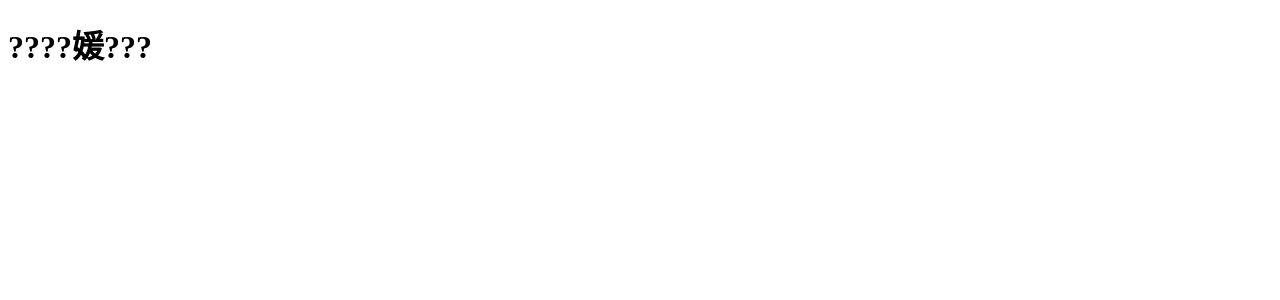
Repository: whdghks9241/Servlet-JSP-Workspace
Page: http://localhost/join/register.jsp
An editor plug-in stored every save of this project. The page is shown before and after the next save, followed by the edit.
The browser window is 1280 px wide. The pictures show the whole page.
The page is served by Tomcat 9. Other server files are loaded and not shown.

Above is the page before, as saved 2023-11-07 00:56:31.

### join/src/main/webapp/register.jsp
<%@ page language="java" contentType="text/html; charset=EUC-KR"
    pageEncoding="EUC-KR"%>
<!DOCTYPE html>
<html>
<head>

<meta charset="EUC-KR">
<title>Insert title here</title>

 <link rel="stylesheet" type = "text/css" href="styles.css">
</head>
<body>
<h1>회원가입</h1>

</body>
</html>

### join/src/main/webapp/styles.css
styles.css
h1 {
	background-color:#333;
	color:#fff;
	padding :10px;
	text-align : center;
}

After the next save:
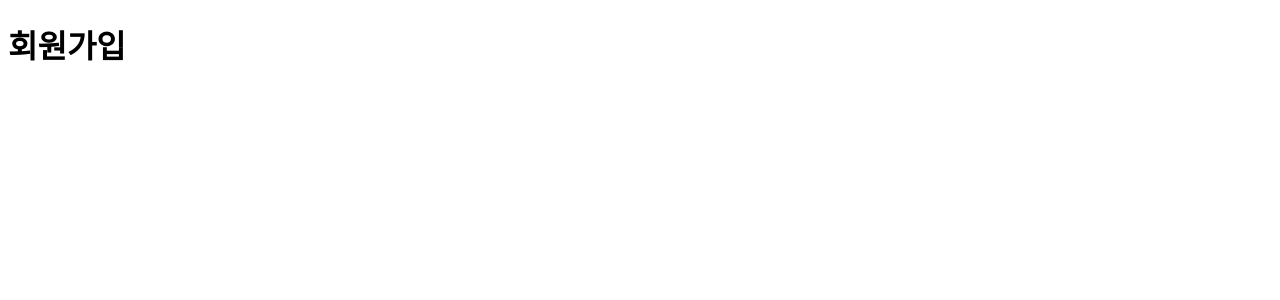
Saved 62 s later.
--- a/join/src/main/webapp/register.jsp
+++ b/join/src/main/webapp/register.jsp
@@ -1,5 +1,5 @@
-<%@ page language="java" contentType="text/html; charset=EUC-KR"
-    pageEncoding="EUC-KR"%>
+<%@ page language="java" contentType="text/html; charset=utf-8"
+    pageEncoding="utf-8"%>
 <!DOCTYPE html>
 <html>
 <head>
